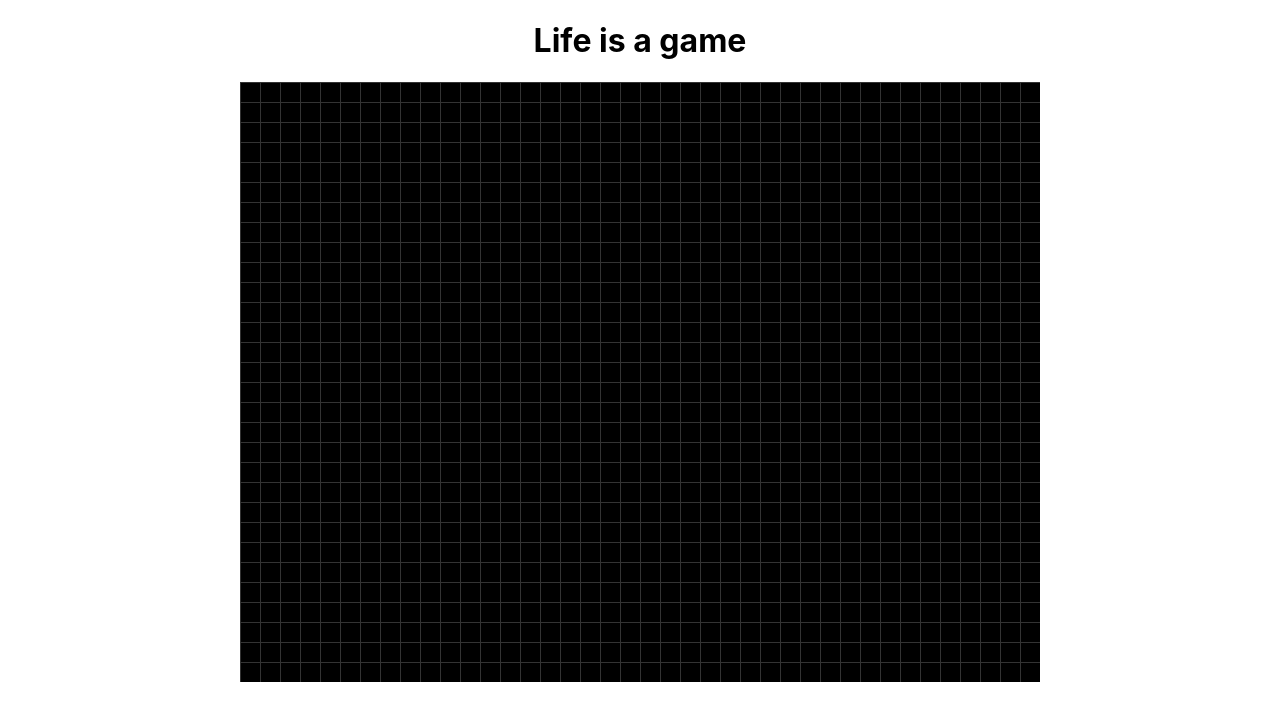
Repository: philipep-galdino/game-of-life
Page: /
An editor plug-in stored every save of this project. The page is shown before and after the next save, followed by the edit.
The browser window is 1280 px wide. The pictures show the whole page.
The project was rebuilt for these pictures with package versions that can differ from the ones it lists, and the page was loaded fresh each time.

Above is the page before, as saved 2020-06-17 22:33:53.

After the next save:
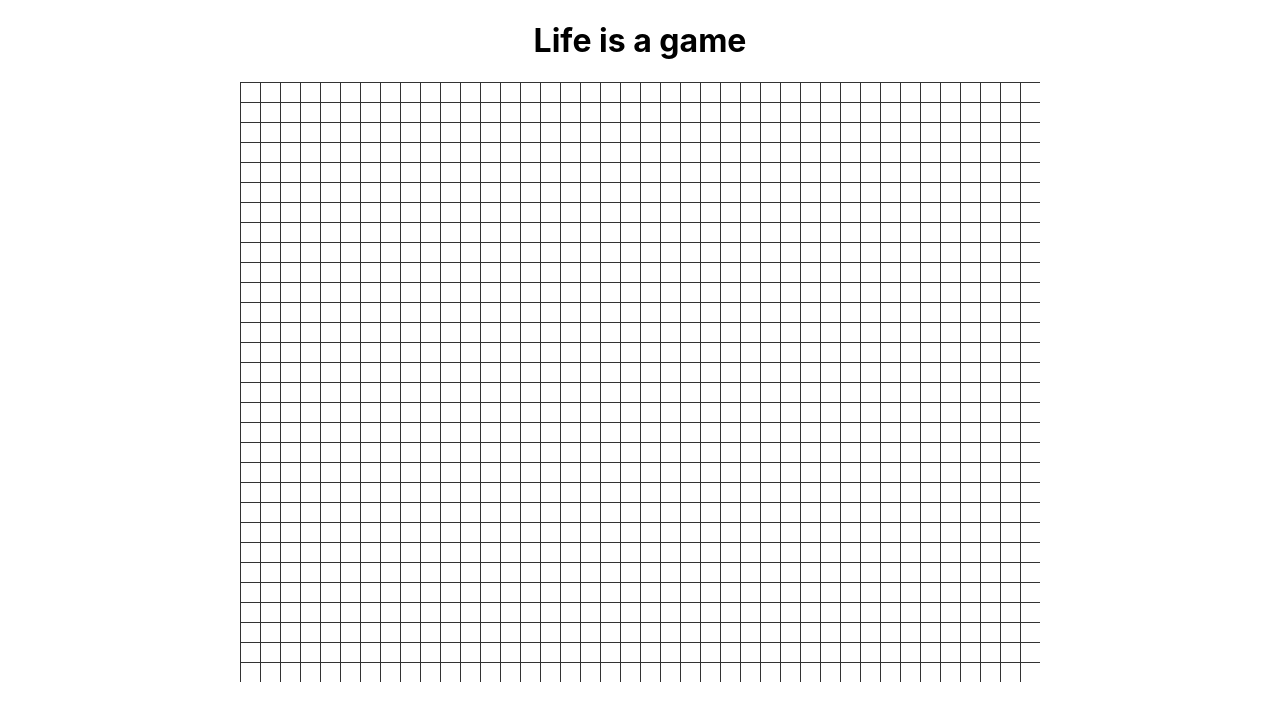
Saved 104 s later.
--- a/src/Game.css
+++ b/src/Game.css
@@ -1,7 +1,7 @@
 .Board {
     position: relative;
     margin: 0 auto;
-    background-color: #000;
+    background-color: white;
     background-image: linear-gradient(#333 1px, transparent 1px), linear-gradient(90deg, #333 1px, transparent 1px)
 }
 
